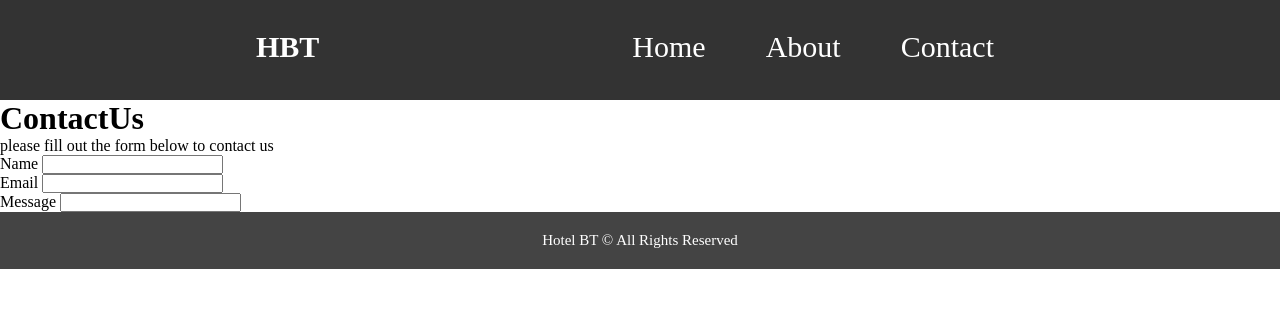
Repository: reemoon-ctrl/hotel-website
Page: 35 - hotel-website/contact.html
The author's editor kept a copy of each file at every save. The page is drawn from the files as they stood at one save, then again after a run of saves.
The browser window is 1280 px wide. The pictures show the whole page.

Above is the page before, as saved 2024-07-22 09:23:53.

After the next 2 saves:
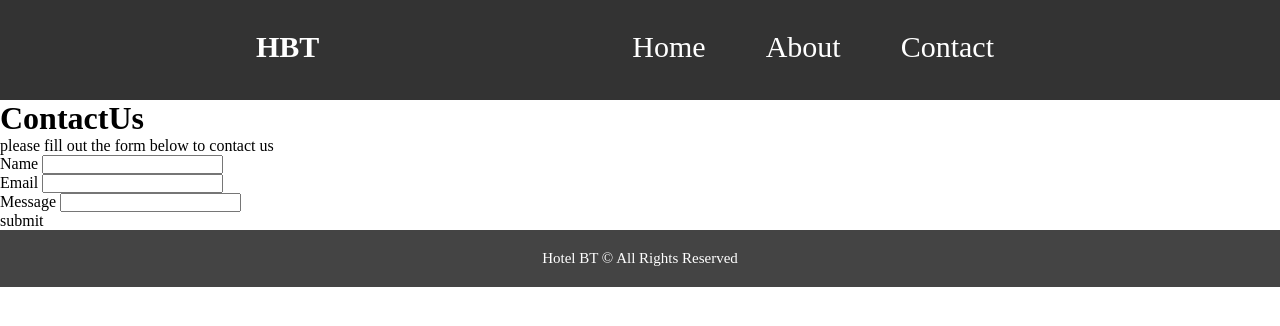
The 2 saves are shown as one change because they came seconds apart.
The last was saved 12 s later.
--- a/35 - hotel-website/contact.html
+++ b/35 - hotel-website/contact.html
@@ -37,7 +37,7 @@
                     <input type="text">
 
                 </div>
-                <label for="submit"></label>
+                <label for="submit">submit</label>
             </form>
         </div>
 
